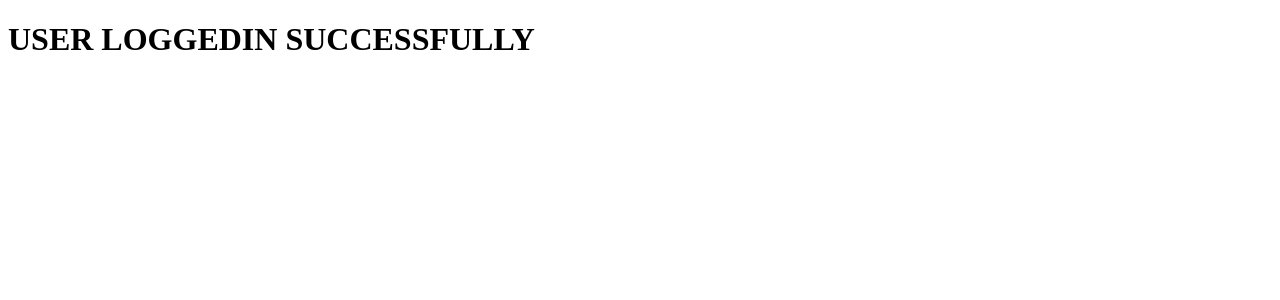
Repository: jatinragh42/Project_3_module
Page: http://localhost/p3/LoggedIn.jsp
An editor plug-in stored every save of this project. The page is shown before and after the next save, followed by the edit.
The browser window is 1280 px wide. The pictures show the whole page.
The page is served by Tomcat 9. Other server files are loaded and not shown.

Above is the page before, as saved 2023-11-28 12:49:22.

### Project_3_module_practice/p3/src/main/webapp/LoggedIn.jsp
<%@ page language="java" contentType="text/html; charset=ISO-8859-1"
    pageEncoding="ISO-8859-1"%>
<!DOCTYPE html>
<html>
<head>
<meta charset="ISO-8859-1">
<title>Insert title here</title>
</head>
<body>

<h1>USER LOGGEDIN SUCCESSFULLY</h1>

</body>
</html>

After the next save:
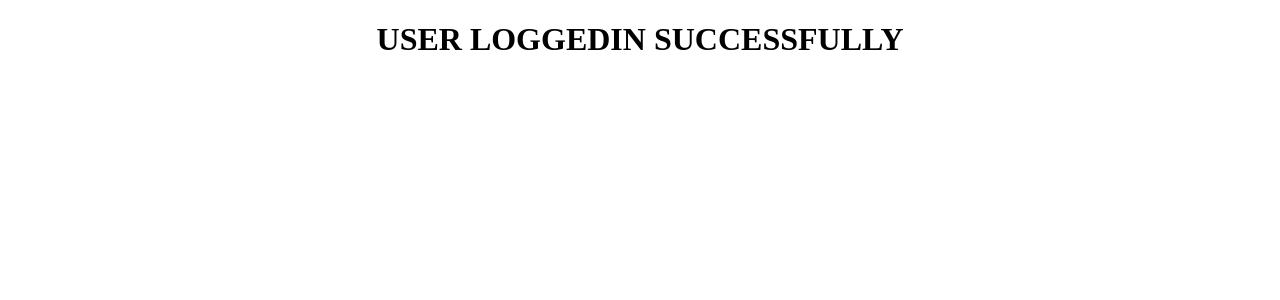
Saved 22 s later.
--- a/Project_3_module_practice/p3/src/main/webapp/LoggedIn.jsp
+++ b/Project_3_module_practice/p3/src/main/webapp/LoggedIn.jsp
@@ -8,7 +8,8 @@
 </head>
 <body>
 
-<h1>USER LOGGEDIN SUCCESSFULLY</h1>
+
+<h1 align="center">USER LOGGEDIN SUCCESSFULLY</h1>
 
 </body>
 </html>
